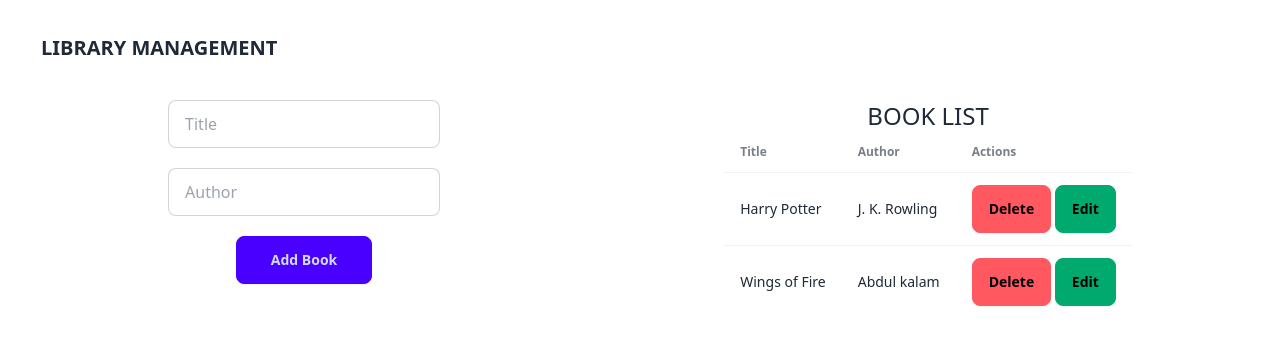
Repository: sibi24sibi/Crud-app-svelte
Page: /
An editor plug-in stored every save of this project. The page is shown before and after the next save, followed by the edit.
The browser window is 1280 px wide. The pictures show the whole page.
The project was rebuilt for these pictures with package versions that can differ from the ones it lists, and the page was loaded fresh each time. Also part of the build but not shown: svelte.config.js, vite.config.js.

Above is the page before, as saved 2024-07-01 16:44:55.

### index.html
<!doctype html>
<html lang="en" >
  <head>
    <meta charset="UTF-8" />
    <link rel="icon" type="image/svg+xml" href="/vite.svg" />
    <meta name="viewport" content="width=device-width, initial-scale=1.0" />
    <title>Vite + Svelte</title>
  </head>
  <body>
    <div id="app"></div>
    <script type="module" src="/src/main.js"></script>
  </body>
</html>

### src/App.svelte
<script>
  import Navbar from "./Components/Navbar.svelte";

  import AddBook from "./Components/AddBook.svelte";
  import BookList from "./Components/BookList.svelte";
</script>

<main>
  <Navbar />
  <div class="flex">
    <AddBook />
    <BookList />
  </div>
</main>

<style>
  main {
    text-align: center;
    padding: 1em;
    margin: 0 auto;
  }
</style>

### src/Components/Navbar.svelte
<script></script>

<body>
  <div class="navbar bg-base-100">
    <div class="flex-1">
      <a class="btn btn-ghost text-xl">LIBRARY MANAGEMENT</a>
    </div>
    <div class="flex-none">
      <ul class="menu menu-horizontal px-1"></ul>
    </div>
  </div>
</body>

<style>
</style>

### src/Components/AddBook.svelte
<script>
  import { books } from "./BookStore.js";
  let title = "";
  let author = "";

  function addBook() {
    books.update((items) => [
      ...items,
      { id: items.length ? items[items.length - 1].id + 1 : 1, title, author },
    ]);
    title = "";
    author = "";
  }
</script>

<div
  class="flex flex-col mx-auto gap-5 justify-center p-5 items-center h-fit w-1/4"
>
  <input
    placeholder="Title"
    class="input input-bordered w-full max-w-xs"
    bind:value={title}
  />
  <input
    placeholder="Author"
    class="input input-bordered w-full max-w-xs"
    bind:value={author}
  />
  <button class="btn btn-primary w-1/2" on:click={addBook}>Add Book</button>
</div>

### src/Components/BookList.svelte
<script>
  import { books } from "./BookStore.js";
  let editableBook = null;

  function deleteBook(id) {
    books.update((items) => items.filter((item) => item.id !== id));
  }

  function editBook(book) {
    editableBook = { ...book };
  }

  function saveEdit() {
    books.update((items) =>
      items.map((item) => (item.id === editableBook.id ? editableBook : item))
    );
    editableBook = null;
  }
</script>

<div class="overflow-x-auto max-w-3xl mx-auto my-5">
  <h1 class="text-2xl uppercase">Book List</h1>
  <table class="table">
    <thead>
      <tr>
        <th>Title</th>
        <th>Author</th>
        <th>Actions</th>
      </tr>
    </thead>
    <tbody>
      {#each $books as book}
        <tr>
          {#if editableBook && editableBook.id === book.id}
            <td
              ><input
                class="input input-bordered"
                bind:value={editableBook.title}
              /></td
            >

            <td>
              <input
                class="input input-bordered"
                bind:value={editableBook.author}
              /></td
            >
            <td>
              <button class="btn btn-primary" on:click={saveEdit}>Save</button
              ></td
            >
          {:else}
            <td>{book.title} </td> <td> {book.author} </td>
            <td
              ><button
                class="btn btn-error"
                on:click={() => deleteBook(book.id)}>Delete</button
              >
              <button class="btn btn-success" on:click={() => editBook(book)}
                >Edit</button
              ></td
            >
          {/if}
        </tr>
      {/each}
    </tbody>
  </table>
</div>

### src/Components/BookStore.js
import { writable } from "svelte/store";

export const books = writable([
  { id: 1, title: "Harry Potter ", author: "J. K. Rowling" },
  { id: 2, title: "Wings of Fire", author: "Abdul kalam" },
]);

### tailwind.config.js
/** @type {import('tailwindcss').Config} */
export default {
  content: ["./index.html", "./src/**/*.{svelte,js,ts,jsx,tsx}"],
  theme: {
    extend: {},
  },
  plugins: [require("daisyui")],
};

Loaded but not shown: src/main.js (common file); src/app.css (common file)

After the next save:
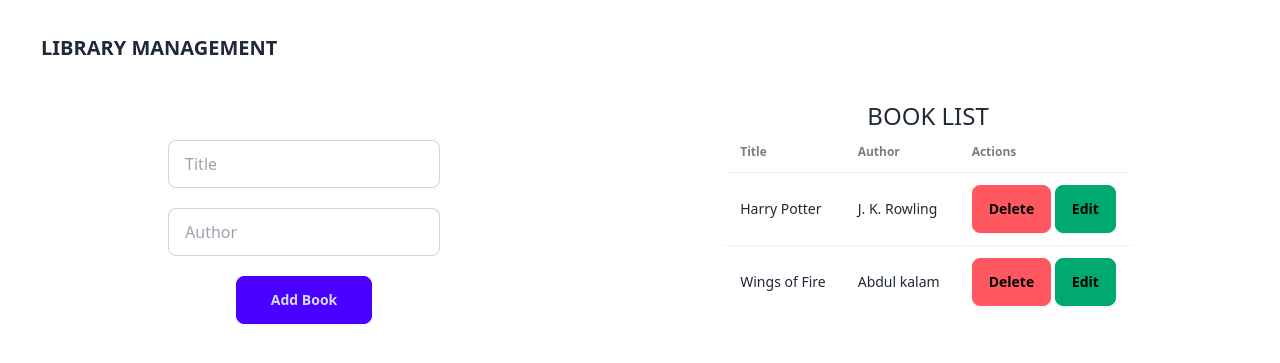
Saved 16 s later.
--- a/src/Components/AddBook.svelte
+++ b/src/Components/AddBook.svelte
@@ -14,7 +14,7 @@
 </script>
 
 <div
-  class="flex flex-col mx-auto gap-5 justify-center p-5 items-center h-fit w-1/4"
+  class="flex flex-col mx-auto my-10 gap-5 justify-center p-5 items-center h-fit w-1/4"
 >
   <input
     placeholder="Title"
